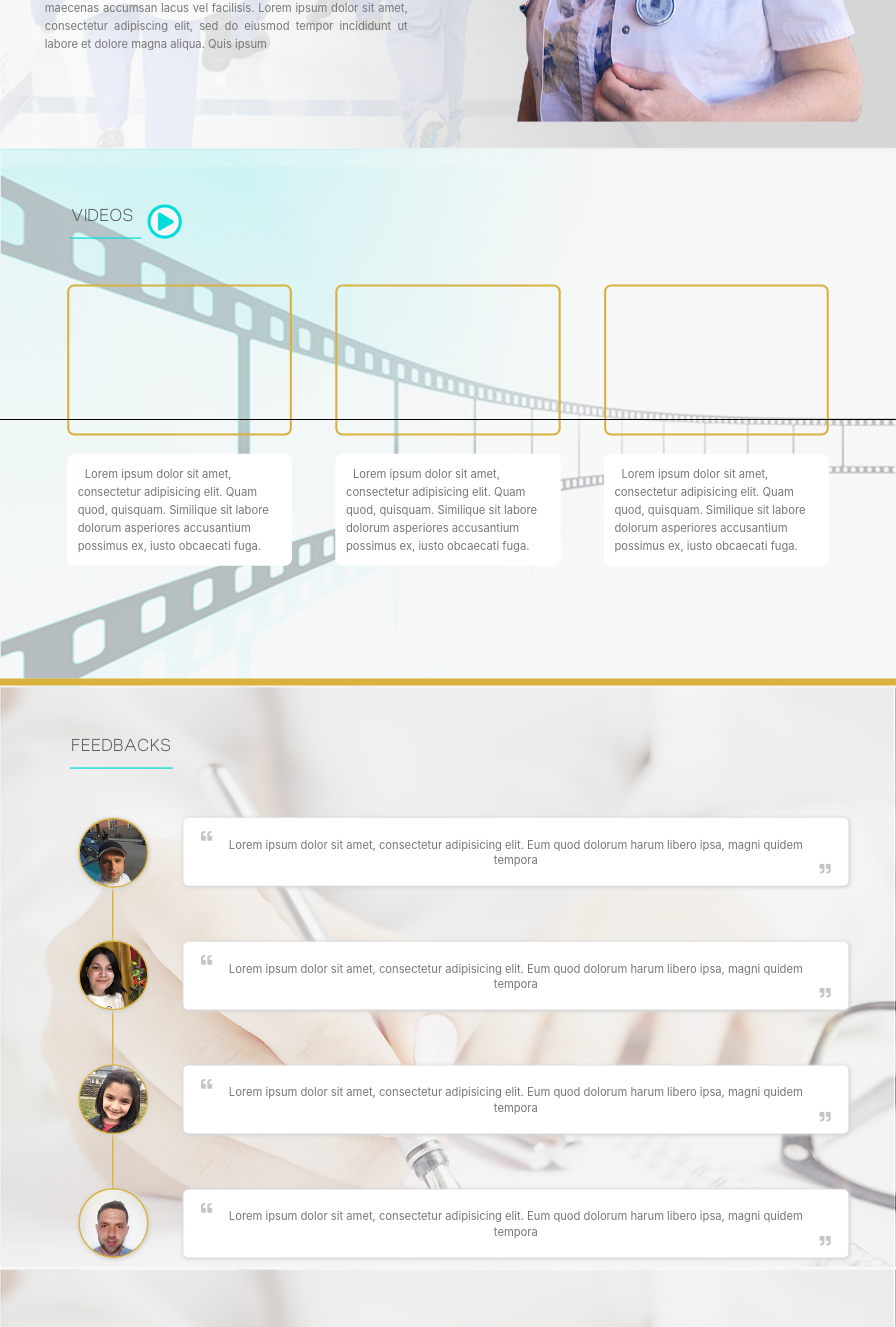
Repository: Aleksandre19/cv-ucmp
Page: index.html
The author's editor kept a record of every edit. The page is drawn from the files as they stood at one moment, then again after the next edit.
The browser window is 1280 px wide. The pictures show the part of the page from y = 2306 to 4226 px (the page is 4202 px tall before and 4226 px after), at 70% of full size.
Pictures or frames that could not be fetched are drawn as grey boxes. Backgrounds fixed to the window are drawn as part of the page. Some web libraries are served in a nearby version.

Above is the page before.

After the next edit:
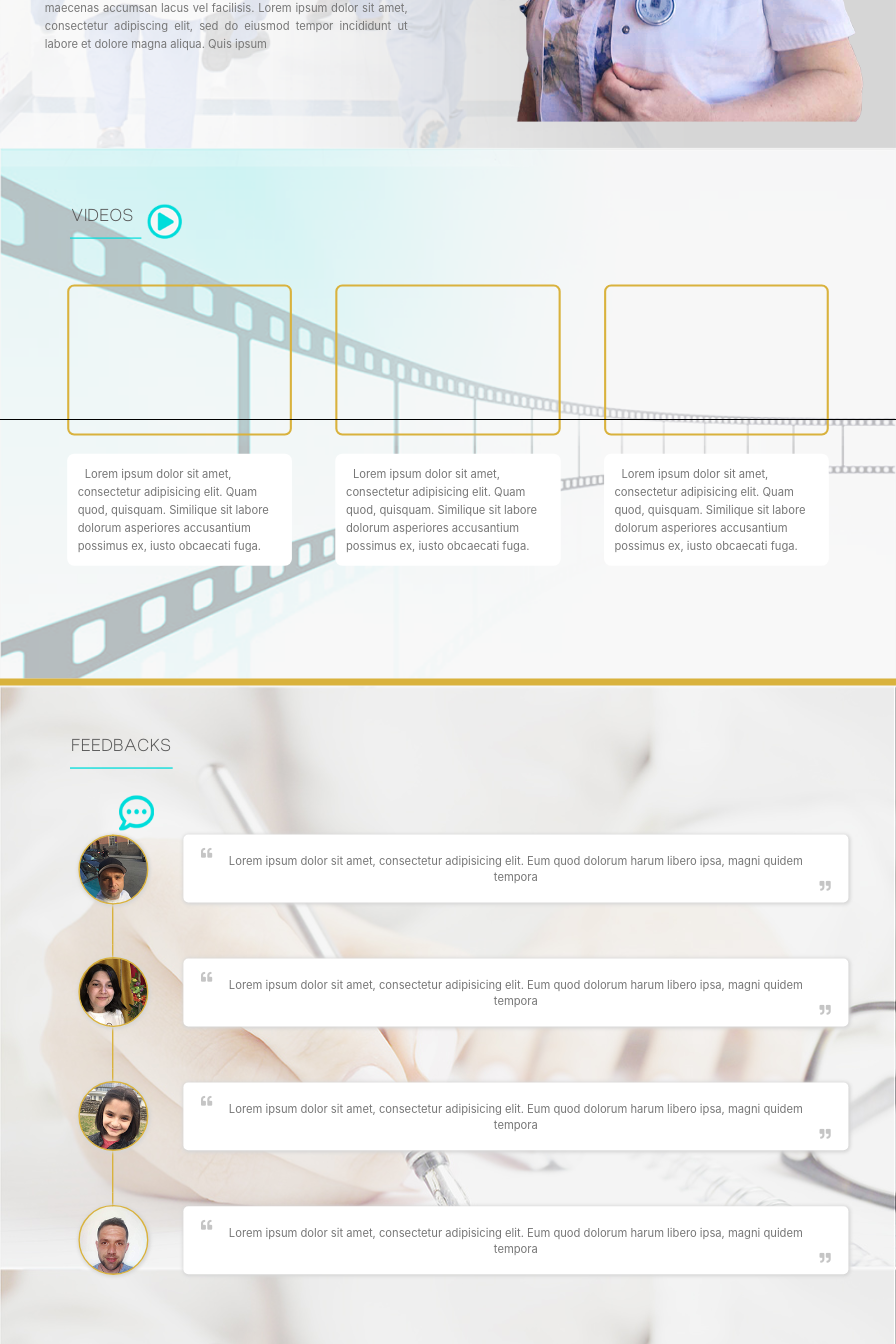
The edit:
--- a/index.html
+++ b/index.html
@@ -299,6 +299,7 @@
             </h2>
             <hr class="section-title-underline feedback-title-underline">
             <span class="sr-only"> Feedbacks </span>
+             <i class="feedback-section-title-icon d-none d-md-inline-block"></i>
             <div class="all-quote-wrapper">
                 <div class="quote-wrapper img1">
                     <blockquote class="feedback-container">
